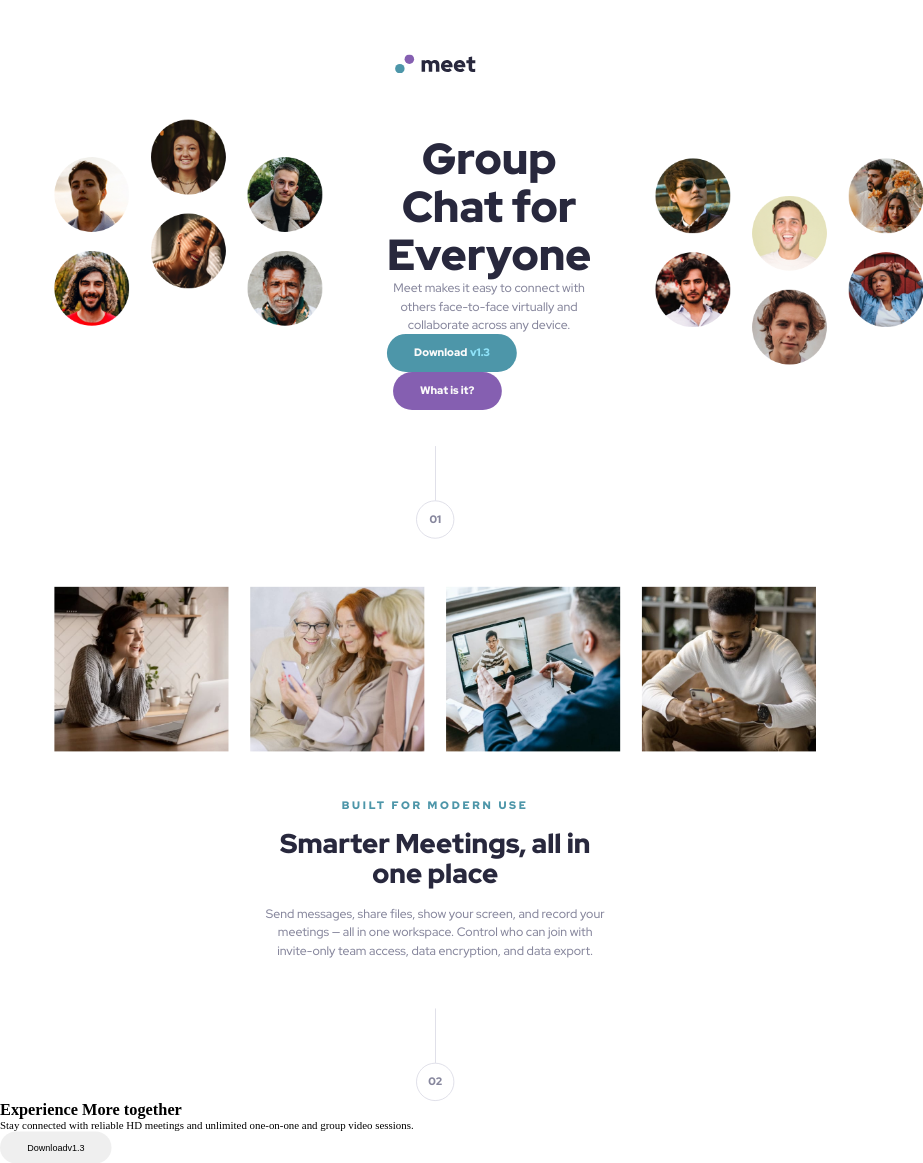
Repository: brandontaylor1/meet-landing-page
Page: index.html
The author's editor kept a copy of each file at every save. The page is drawn from the files as they stood at one save, then again after the next save.
The browser window is 1280 px wide. The page is 1358 px wide, so the pictures cover 1358 px, including what lies to the right of the window. The pictures show the whole page, at 68% of full size.

Above is the page before, as saved 2025-01-11 22:21:10.

After the next save:
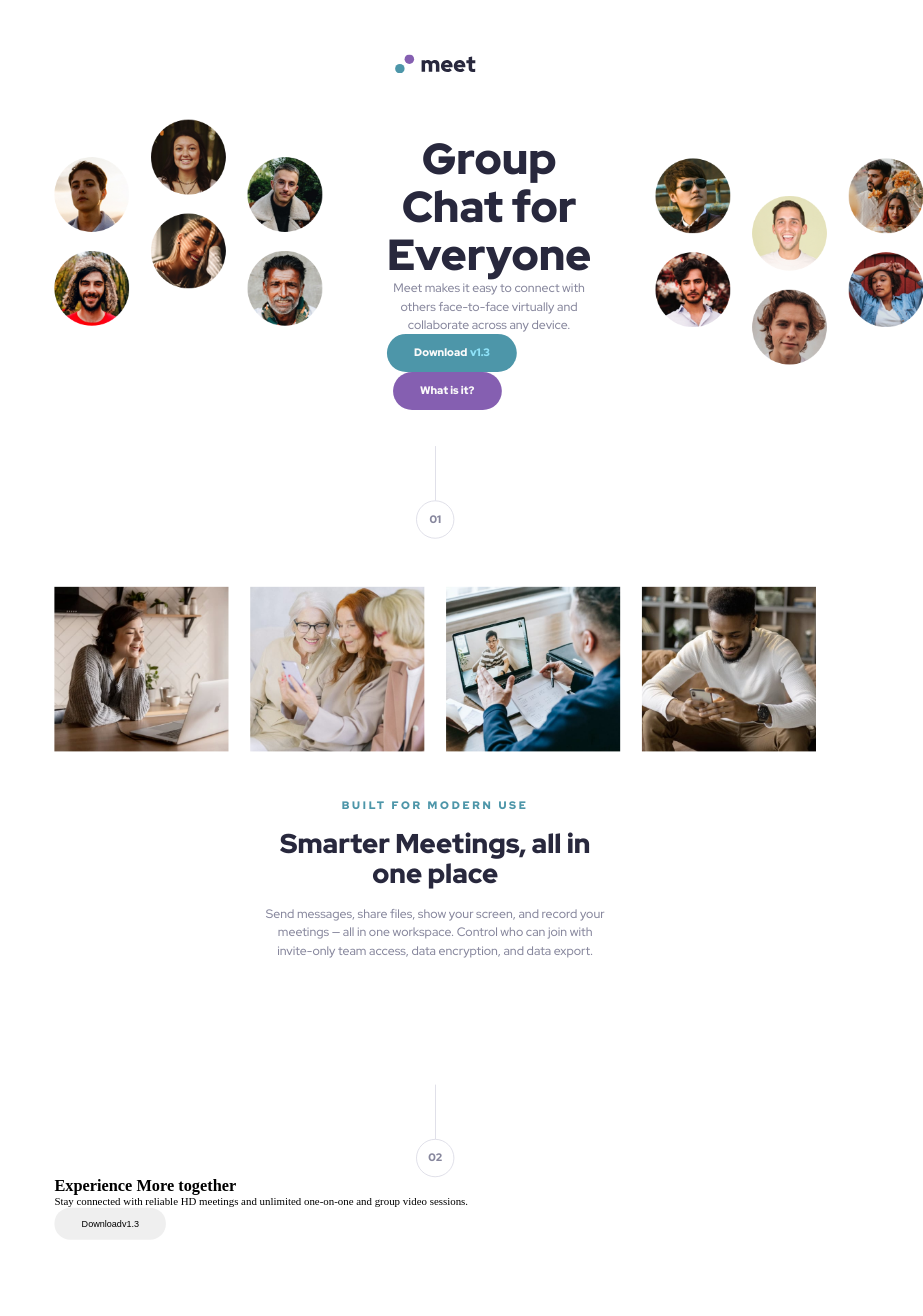
Saved 54 s later.
--- a/styles.css
+++ b/styles.css
@@ -207,5 +207,5 @@
 
 
 .footer {
-    height: 90px;
-}
+    padding: 7rem 5rem;
+}
